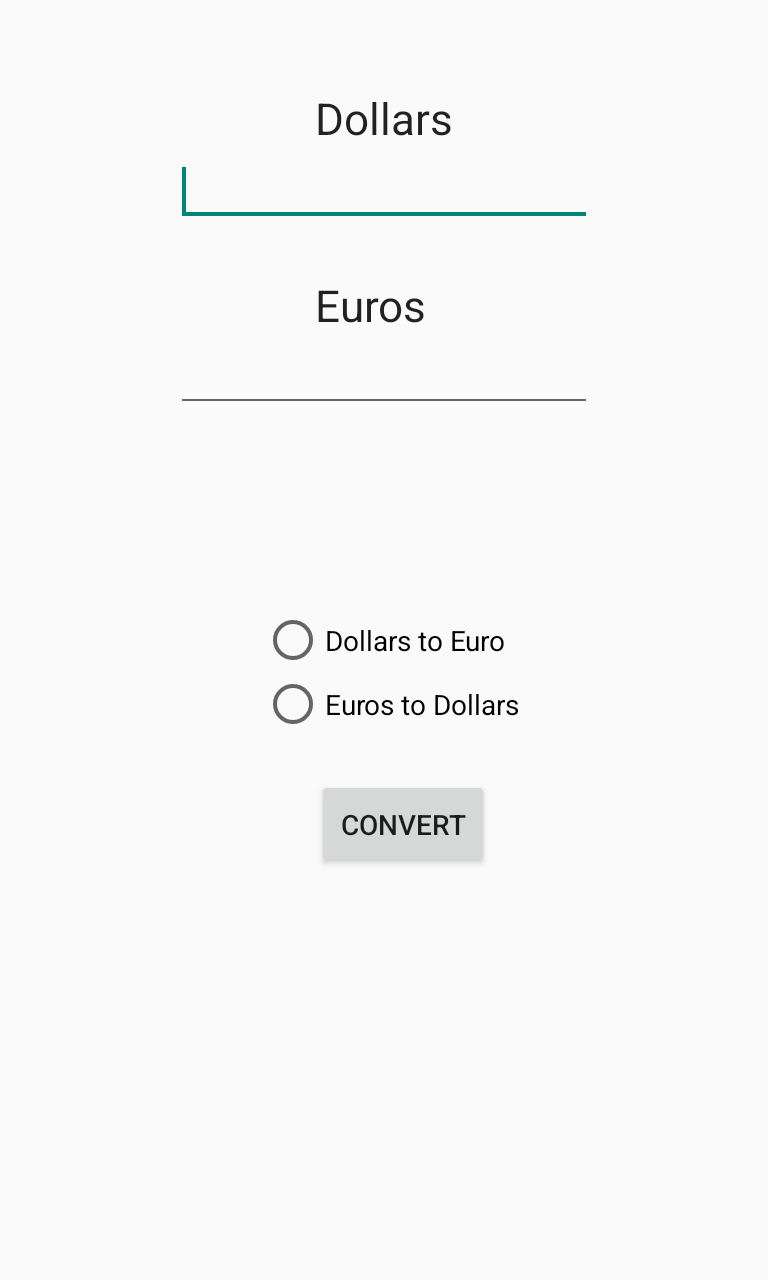
Repository: awayzo/6300Fall14Assignment4
Layout: UnitConvertor/res/layout/activity_currency.xml
These files come from the project's save history. The layout is drawn as it stood at one moment and after the next save; the edit follows.
It is drawn on a 768 x 1280 px phone screen (xhdpi) without system bars, with theme AppTheme; the app's code is not run.

Above is the layout before, as saved 2014-09-26 21:11:52.

After the next save:
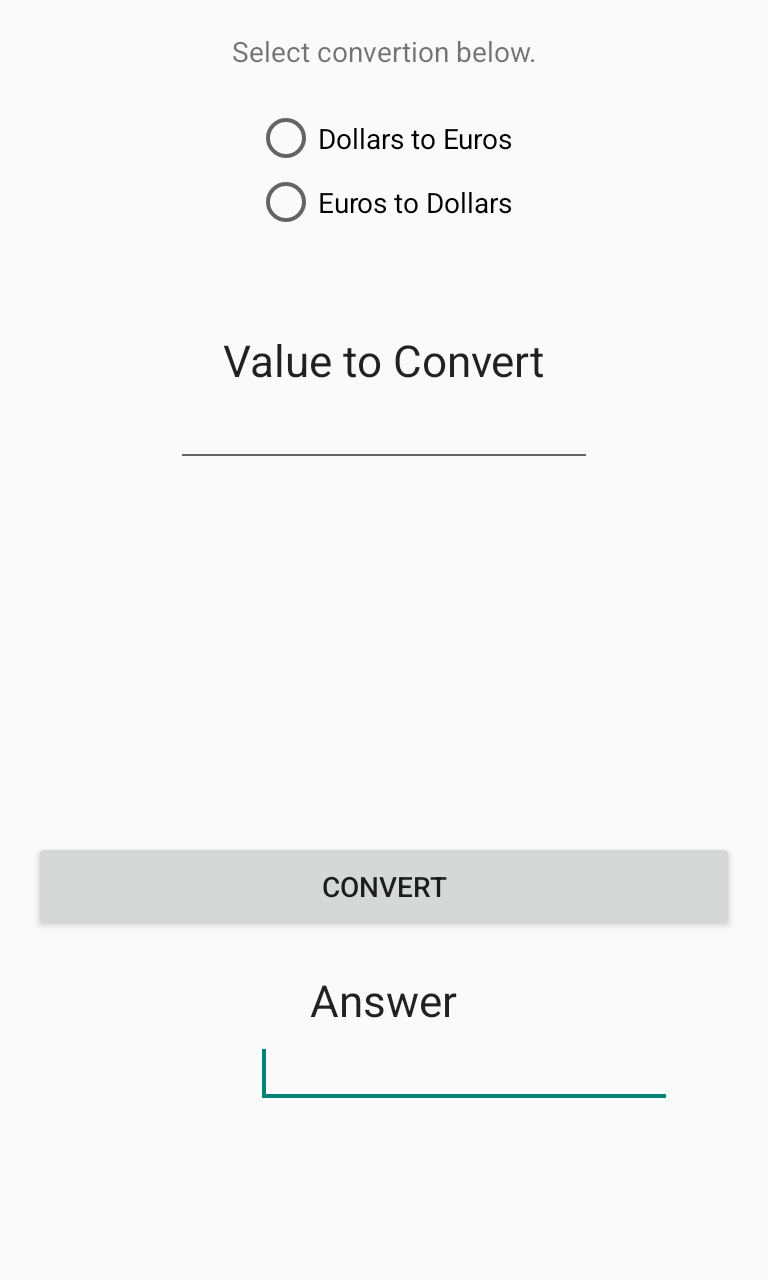
Saved 15 min 26 s later.
--- a/UnitConvertor/res/layout/activity_currency.xml
+++ b/UnitConvertor/res/layout/activity_currency.xml
@@ -8,70 +8,80 @@
     android:paddingTop="@dimen/activity_vertical_margin"
     tools:context="edu.gatech.seclass.unitconvertor.CurrencyActivity" >
 
-    <TextView
-        android:id="@+id/textView1"
+
+    <EditText
+        android:id="@+id/EditText01"
         android:layout_width="wrap_content"
         android:layout_height="wrap_content"
-        android:layout_alignParentTop="true"
-        android:layout_centerHorizontal="true"
-        android:layout_marginTop="28dp"
-        android:text="Dollars"
-        android:textAppearance="?android:attr/textAppearanceLarge" />
-
-    <TextView
-        android:id="@+id/TextView01"
-        android:layout_width="wrap_content"
-        android:layout_height="wrap_content"
-        android:layout_alignLeft="@+id/textView1"
-        android:layout_below="@+id/textView1"
-        android:layout_marginTop="64dp"
-        android:text="Euros"
-        android:textAppearance="?android:attr/textAppearanceLarge" />
-
-    <EditText
-        android:id="@+id/editText1"
-        android:layout_width="wrap_content"
-        android:layout_height="wrap_content"
-        android:layout_below="@+id/textView1"
-        android:layout_centerHorizontal="true"
+        android:layout_alignLeft="@+id/radioEuroToDollars"
+        android:layout_alignParentBottom="true"
+        android:layout_marginBottom="68dp"
         android:ems="10"
         android:inputType="numberDecimal" >
 
         <requestFocus />
     </EditText>
 
-    <EditText
-        android:id="@+id/editText2"
+    <TextView
+        android:id="@+id/textView2"
         android:layout_width="wrap_content"
         android:layout_height="wrap_content"
-        android:layout_below="@+id/TextView01"
+        android:layout_above="@+id/EditText01"
         android:layout_centerHorizontal="true"
-        android:ems="10"
-        android:inputType="numberDecimal" />
+        android:text="Answer"
+        android:textAppearance="?android:attr/textAppearanceLarge" />
+
+    <Button
+        android:id="@+id/btnConvert"
+        android:layout_width="match_parent"
+        android:layout_height="wrap_content"
+        android:layout_above="@+id/textView2"
+        android:layout_centerHorizontal="true"
+        android:layout_marginBottom="18dp"
+        android:text="Convert" />
+
+    <TextView
+        android:id="@+id/textView3"
+        android:layout_width="wrap_content"
+        android:layout_height="wrap_content"
+        android:layout_alignParentTop="true"
+        android:layout_centerHorizontal="true"
+        android:text="Select convertion below." />
 
     <RadioButton
         android:id="@+id/adioDollarsToEuros"
         android:layout_width="wrap_content"
         android:layout_height="wrap_content"
+        android:layout_below="@+id/textView3"
         android:layout_centerHorizontal="true"
-        android:layout_centerVertical="true"
-        android:text="Dollars to Euro" />
+        android:layout_marginTop="18dp"
+        android:text="Dollars to Euros" />
 
     <RadioButton
         android:id="@+id/radioEuroToDollars"
         android:layout_width="wrap_content"
         android:layout_height="wrap_content"
-        android:layout_alignLeft="@+id/adioDollarsToEuros"
         android:layout_below="@+id/adioDollarsToEuros"
+        android:layout_centerHorizontal="true"
         android:text="Euros to Dollars" />
 
-    <Button
-        android:id="@+id/btnConvert"
+    <TextView
+        android:id="@+id/textView1"
         android:layout_width="wrap_content"
         android:layout_height="wrap_content"
-        android:layout_alignLeft="@+id/TextView01"
         android:layout_below="@+id/radioEuroToDollars"
-        android:layout_marginTop="20dp"
-        android:text="Convert" />
+        android:layout_centerHorizontal="true"
+        android:layout_marginTop="48dp"
+        android:text="Value to Convert"
+        android:textAppearance="?android:attr/textAppearanceLarge" />
+
+    <EditText
+        android:id="@+id/editText2"
+        android:layout_width="wrap_content"
+        android:layout_height="wrap_content"
+        android:layout_below="@+id/textView1"
+        android:layout_centerHorizontal="true"
+        android:ems="10"
+        android:inputType="numberDecimal" />
 
 </RelativeLayout>
